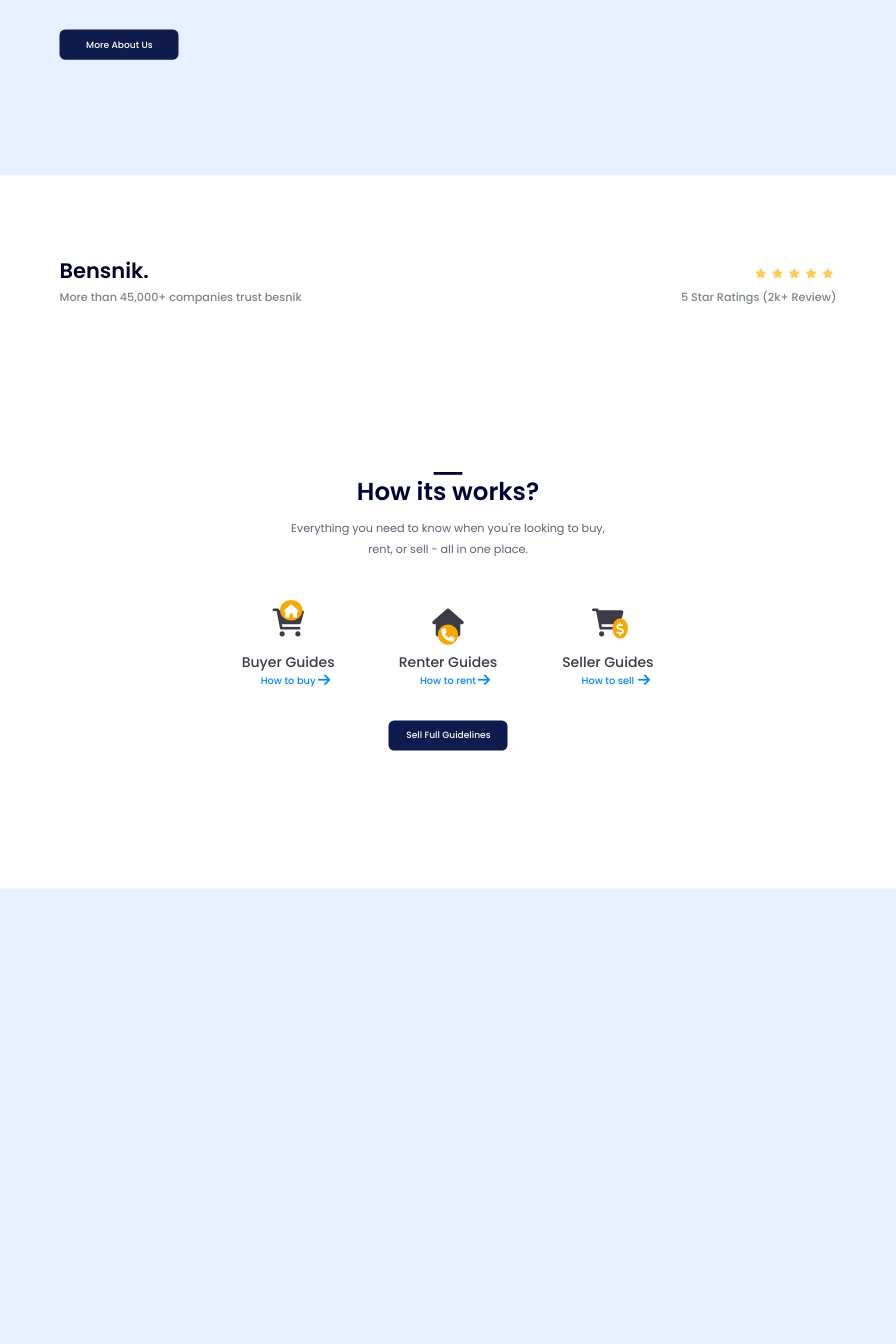
Repository: kauittt/f8-htmlcss-01
Page: index.html
The author's editor kept a copy of each file at every save. The page is drawn from the files as they stood at one save, then again after the next save.
The browser window is 1280 px wide. The pictures show the part of the page from y = 485 to 2405 px (the page is 3771 px tall), at 70% of full size.

Above is the page before, as saved 2022-12-31 21:25:06.

### index.html
<!DOCTYPE html>
<html lang="en">
    <head>
        <meta charset="UTF-8" />
        <meta http-equiv="X-UA-Compatible" content="IE=edge" />
        <meta name="viewport" content="width=device-width, initial-scale=1.0" />
        <title>F8-PROJECT-01</title>
        <link rel="preconnect" href="https://cdnjs.cloudflare.com" />
        <link
            rel="stylesheet"
            href="https://cdnjs.cloudflare.com/ajax/libs/font-awesome/6.2.1/css/all.min.css"
        />
        <link rel="stylesheet" href="./assets/css/reset.css" />
        <link rel="stylesheet" href="./assets/fonts/stylesheet.css" />
        <link rel="stylesheet" href="./assets/css/styles.css" />
    </head>
    <body>
        <header id="header" class="colored">
            <div class="content">
                <div class="header-nav">
                    <p class="logo">Bensnik.</p>
                    <ul class="header-nav-list">
                        <li class="header-nav-list__item">Home</li>
                        <li class="header-nav-list__item">Features</li>
                        <li class="header-nav-list__item">Services</li>
                        <li class="header-nav-list__item">Resources</li>
                        <li class="header-nav-list__item">Contact</li>
                    </ul>

                    <div class="header-nav-account">
                        <p class="header-nav-account__general">Sign in</p>
                        <p class="header-nav-account__general btn">Sign up</p>
                    </div>
                </div>

                <div class="header-about">
                    <p class="header-about__welcome">
                        Welcome to Bensnik Agency
                    </p>
                    <h1 class="header-about__heading">
                        Discover a place you'll love to live
                    </h1>
                    <p class="header-about__desc">
                        Get the best real estate deals first, before they hit
                        the mass market! hot foreclosure deals with one simple
                        search
                    </p>
                    <p class="header-about__link btn">More About Us</p>
                </div>
            </div>
        </header>

        <div id="client">
            <div class="content">
                <div class="client-infor">
                    <p class="logo">Bensnik.</p>
                    <div class="client-infor-wrap">
                        <i class="fa-solid fa-star client-infor-wrap__item"></i>
                        <i class="fa-solid fa-star client-infor-wrap__item"></i>
                        <i class="fa-solid fa-star client-infor-wrap__item"></i>
                        <i class="fa-solid fa-star client-infor-wrap__item"></i>
                        <i class="fa-solid fa-star client-infor-wrap__item"></i>
                    </div>
                </div>
                <div class="client-infor">
                    <p class="client-infor__text">
                        More than 45,000+ companies trust besnik
                    </p>
                    <p class="client-infor__text">
                        5 Star Ratings (2k+ Review)
                    </p>
                </div>

                <div class="client-logo">
                    <img src="" alt="" />
                </div>
            </div>
        </div>

        <div id="desc">
            <div class="small-content desc-wrap">
                <div class="desc-heading">
                    <h2 class="desc-heading__title">How its works?</h2>
                    <p class="desc-heading__text">
                        Everything you need to know when you're looking to buy,
                        rent, or sell - all in one place.
                    </p>
                </div>

                <div class="desc-guide">
                    <div class="desc-guide-item">
                        <i
                            class="desc-guide-item__icon fa-solid fa-cart-shopping"
                        >
                        </i>
                        <i
                            class="desc-guide-item__childIcon desc-guide-item__childIcon--topCenter fa-solid fa-house"
                        ></i>
                        <p class="desc-guide-item__name">Buyer Guides</p>
                        <p class="desc-guide-item__instruc">
                            How to buy
                            <i
                                class="desc-guide-item__instruc__icon fa-solid fa-arrow-right"
                            ></i>
                        </p>
                    </div>
                    <div class="desc-guide-item">
                        <i
                            class="desc-guide-item__icon fa-solid fa-house"
                        ></i>
                        <i class="desc-guide-item__childIcon desc-guide-item__childIcon--bottomCenter fa-solid fa-phone"></i>
                        </i>
                        <p class="desc-guide-item__name">Renter Guides</p>
                        <p class="desc-guide-item__instruc">
                            How to rent
                            <i
                                class="desc-guide-item__instruc__icon fa-solid fa-arrow-right"
                            ></i>
                        </p>
                    </div>
                    <div class="desc-guide-item">
                        <i
                            class="desc-guide-item__icon fa-solid fa-cart-shopping"
                        >
                        </i>
                        <i class="desc-guide-item__childIcon item__childIcon--bottomRight fa-solid fa-dollar-sign"></i>

                        <p class="desc-guide-item__name">Seller Guides</p>
                        <p class="desc-guide-item__instruc">
                            How to sell
                            <i
                                class="desc-guide-item__instruc__icon fa-solid fa-arrow-right"
                            ></i>
                        </p>
                    </div>
                </div>

                <p class="desc__link btn">Sell Full Guidelines</p>
            </div>
        </div>

        <div id="feature" class="colored">
            <div class="content"></div>
        </div>

        <div id="news">
            <div class="content"></div>
        </div>

        <footer id="footer">
            <div class="content">
                <div class="nav"></div>
            </div>
        </footer>

        <script src="./assets/js/basic.js"></script>
    </body>
</html>

### assets/css/reset.css
html,
body,
div,
span,
applet,
object,
iframe,
h1,
h2,
h3,
h4,
h5,
h6,
p,
blockquote,
pre,
a,
abbr,
acronym,
address,
big,
cite,
code,
del,
dfn,
em,
img,
ins,
kbd,
q,
s,
samp,
small,
strike,
strong,
sub,
sup,
tt,
var,
b,
u,
i,
center,
dl,
dt,
dd,
ol,
ul,
li,
fieldset,
form,
label,
legend,
table,
caption,
tbody,
tfoot,
thead,
tr,
th,
td,
article,
aside,
canvas,
details,
embed,
figure,
figcaption,
footer,
header,
hgroup,
menu,
nav,
output,
ruby,
section,
summary,
time,
mark,
audio,
video {
    margin: 0;
    padding: 0;
    border: 0;
    font-size: 100%;
    font: inherit;
    vertical-align: baseline;
}
article,
aside,
details,
figcaption,
figure,
footer,
header,
hgroup,
menu,
nav,
section {
    display: block;
}
body {
    line-height: 1;
}
ol,
ul {
    list-style: none;
}
blockquote,
q {
    quotes: none;
}
blockquote:before,
blockquote:after,
q:before,
q:after {
    content: "";
    content: none;
}
table {
    border-collapse: collapse;
    border-spacing: 0;
}

### assets/fonts/stylesheet.css
@font-face {
    font-family: "Poppins";
    src: url("Poppins/Poppins-Bold.woff2") format("woff2"),
        url("Poppins/Poppins-Bold.woff") format("woff");
    font-weight: bold;
    font-style: normal;
    font-display: swap;
}

@font-face {
    font-family: "Poppins";
    src: url("Poppins/Poppins-Black.woff2") format("woff2"),
        url("Poppins/Poppins-Black.woff") format("woff");
    font-weight: 900;
    font-style: normal;
    font-display: swap;
}

@font-face {
    font-family: "Poppins";
    src: url("Poppins/Poppins-BlackItalic.woff2") format("woff2"),
        url("Poppins/Poppins-BlackItalic.woff") format("woff");
    font-weight: 900;
    font-style: italic;
    font-display: swap;
}

@font-face {
    font-family: "Poppins";
    src: url("Poppins/Poppins-BoldItalic.woff2") format("woff2"),
        url("Poppins/Poppins-BoldItalic.woff") format("woff");
    font-weight: bold;
    font-style: italic;
    font-display: swap;
}

@font-face {
    font-family: "Poppins";
    src: url("Poppins/Poppins-ExtraBold.woff2") format("woff2"),
        url("Poppins/Poppins-ExtraBold.woff") format("woff");
    font-weight: bold;
    font-style: normal;
    font-display: swap;
}

@font-face {
    font-family: "Poppins";
    src: url("Poppins/Poppins-ExtraBoldItalic.woff2") format("woff2"),
        url("Poppins/Poppins-ExtraBoldItalic.woff") format("woff");
    font-weight: bold;
    font-style: italic;
    font-display: swap;
}

@font-face {
    font-family: "Poppins";
    src: url("Poppins/Poppins-ExtraLight.woff2") format("woff2"),
        url("Poppins/Poppins-ExtraLight.woff") format("woff");
    font-weight: 200;
    font-style: normal;
    font-display: swap;
}

@font-face {
    font-family: "Poppins";
    src: url("Poppins/Poppins-ExtraLightItalic.woff2") format("woff2"),
        url("Poppins/Poppins-ExtraLightItalic.woff") format("woff");
    font-weight: 200;
    font-style: italic;
    font-display: swap;
}

@font-face {
    font-family: "Poppins";
    src: url("Poppins/Poppins-Italic.woff2") format("woff2"),
        url("Poppins/Poppins-Italic.woff") format("woff");
    font-weight: normal;
    font-style: italic;
    font-display: swap;
}

@font-face {
    font-family: "Poppins";
    src: url("Poppins/Poppins-Light.woff2") format("woff2"),
        url("Poppins/Poppins-Light.woff") format("woff");
    font-weight: 300;
    font-style: normal;
    font-display: swap;
}

@font-face {
    font-family: "Poppins";
    src: url("Poppins/Poppins-LightItalic.woff2") format("woff2"),
        url("Poppins/Poppins-LightItalic.woff") format("woff");
    font-weight: 300;
    font-style: italic;
    font-display: swap;
}

@font-face {
    font-family: "Poppins";
    src: url("Poppins/Poppins-Medium.woff2") format("woff2"),
        url("Poppins/Poppins-Medium.woff") format("woff");
    font-weight: 500;
    font-style: normal;
    font-display: swap;
}

@font-face {
    font-family: "Poppins";
    src: url("Poppins/Poppins-MediumItalic.woff2") format("woff2"),
        url("Poppins/Poppins-MediumItalic.woff") format("woff");
    font-weight: 500;
    font-style: italic;
    font-display: swap;
}

@font-face {
    font-family: "Poppins";
    src: url("Poppins/Poppins-Regular.woff2") format("woff2"),
        url("Poppins/Poppins-Regular.woff") format("woff");
    font-weight: normal;
    font-style: normal;
    font-display: swap;
}

@font-face {
    font-family: "Poppins";
    src: url("Poppins/Poppins-SemiBold.woff2") format("woff2"),
        url("Poppins/Poppins-SemiBold.woff") format("woff");
    font-weight: 600;
    font-style: normal;
    font-display: swap;
}

@font-face {
    font-family: "Poppins";
    src: url("Poppins/Poppins-SemiBoldItalic.woff2") format("woff2"),
        url("Poppins/Poppins-SemiBoldItalic.woff") format("woff");
    font-weight: 600;
    font-style: italic;
    font-display: swap;
}

@font-face {
    font-family: "Poppins";
    src: url("Poppins/Poppins-Thin.woff2") format("woff2"),
        url("Poppins/Poppins-Thin.woff") format("woff");
    font-weight: 100;
    font-style: normal;
    font-display: swap;
}

@font-face {
    font-family: "Poppins";
    src: url("Poppins/Poppins-ThinItalic.woff2") format("woff2"),
        url("Poppins/Poppins-ThinItalic.woff") format("woff");
    font-weight: 100;
    font-style: italic;
    font-display: swap;
}

### assets/css/styles.css
/*! COMMON */
* {
    box-sizing: border-box;
}

html {
    font-size: 62.5%;
}

body {
    font-family: "Poppins", sans-serif;
    font-size: 1.4rem;
    font-weight: 500;
    display: flex;
    flex-direction: column;
}

:root {
    --main-color: #e6f0ff;
}

.colored {
    background-color: var(--main-color);
}

.content {
    max-width: 111rem;
    margin: 0 auto;
}

.small-content {
    max-width: 68.5rem;
    margin: 0 auto;
}

.logo {
    color: #000228;
    font-weight: 600;
    font-size: 3rem;
}

/*! HEADER */
#header {
    height: 73.6rem;
}

.header-nav {
    display: flex;
    margin-top: 38px;
    height: 4rem;
    justify-content: space-between;
    align-items: center;
}

.header-nav-list {
    display: flex;
    margin-left: -206px;
}

.header-nav-list__item {
    color: #4f5361;
}

.header-nav-list__item + .header-nav-list__item {
    margin-left: 28px;
}

.header-nav-account {
    display: flex;
}

.header-nav-account__general {
    padding: 9px 22px 10px 23px;
    color: #0f1b4c;
}

/*! BUTTONN */
.btn {
    display: inline-block;
    border-radius: 8px;
    color: #fff;
    background-color: #0f1b4c;
    align-items: center;
}
/*!  */

.header-about {
    margin-top: 138px;
    max-width: 55.9rem;
}

.header-about__welcome {
    font-size: 1.8rem;
    color: #687690;
}

.header-about__heading {
    font-size: 6.4rem;
    font-weight: 700;
    line-height: 7.6rem;
    margin: 8px 0 30px 0;
    color: #000336;
}

.header-about__desc {
    font-size: 1.8rem;
    line-height: 3.2rem;
    font-weight: 400;
    color: #5a6473;
}

.header-about__link {
    font-size: 1.3rem;
    padding: 15px 37px 15px 38px;
    margin-top: 40px;
}

/*! LOGO */
#client {
    height: 31.2rem;
    margin-top: 122px;
}

.client-infor {
    display: flex;
    justify-content: space-between;
    align-items: center;
}

.client-infor + .client-infor {
    margin-top: 15px;
}

.client-infor-wrap__item {
    display: inline-block;
    width: 2.03rem;
    height: 1.885rem;
    color: #ffca56;
    line-height: 3rem;
}

.client-infor__text {
    font-size: 1.6rem;
    color: #7d8589;
}

.client-logo {
}

/*! DESCRIPTION */
#desc {
    height: 58.5rem;
}

.desc-wrap {
    text-align: center;
}

.desc-heading {
    max-width: 45rem;
    margin: 0 auto;
    display: flex;
    flex-direction: column;
}

.desc-heading__title {
    font-size: 3.5rem;
    font-weight: 600;
    color: #000339;
    position: relative;
}

.desc-heading__title::before {
    content: "";
    display: block;
    position: absolute;

    width: 4.1rem;
    height: 0.4rem;
    background-color: #000339;

    left: 50%;
    top: -1rem;
    transform: translateX(-50%);
}

.desc-heading__text {
    font-size: 1.6rem;
    font-weight: 400;
    line-height: 3rem;
    margin-top: 2rem;
    color: #5a6473;
}

.desc-guide {
    display: flex;
    margin-top: 70px;
    margin-bottom: 50px;
}

.desc-guide-item {
    width: calc(100% / 3);
    position: relative;
}

.desc-guide-item__icon {
    color: #3b3c45;
    font-size: 4rem;
}

.desc-guide-item__childIcon {
    position: absolute;
    font-size: 1.9rem;
}

.desc-guide-item__childIcon--topCenter {
    left: 45%;
    top: -1.2rem;
    padding: 0.5rem;
    color: white;
    background: #f7a804;
    border-radius: 50%;
}

.desc-guide-item__childIcon--bottomCenter {
    left: 50%;
    transform: translateX(-50%);
    bottom: 5.8rem;
    padding: 0.5rem;
    color: white;
    background: #f7a804;
    border-radius: 50%;
}

.item__childIcon--bottomRight {
    left: 53%;
    bottom: 67px;
    background: #f7a804;
    color: white;
    padding: 0.5rem;
    border-radius: 50%;
}

.desc-guide-item__name {
    font-size: 2rem;
    color: #3b3c45;
    margin-top: 26px;
    margin-bottom: 10px;
}

.desc-guide-item__instruc {
    font-size: 1.4rem;
    color: #0689ff;
    position: relative;
}

.desc-guide-item__instruc__icon {
    position: absolute;
    font-size: 2rem;
    top: 50%;
    transform: translateY(-50%);
    right: 5.4rem;
}

.desc__link {
    padding: 14px 24px 16px 25px;
    font-size: 1.3rem;
}

/*! FEATURE */
#feature {
    height: 158.7rem;
}

/*! NEWS */
#new {
    height: 40.9rem;
}

/*! FOOTER */
#footer {
    height: 42.9rem;
}

Loaded but not shown: assets/js/basic.js (no copy from this time; the picture is the same without it)

After the next save:
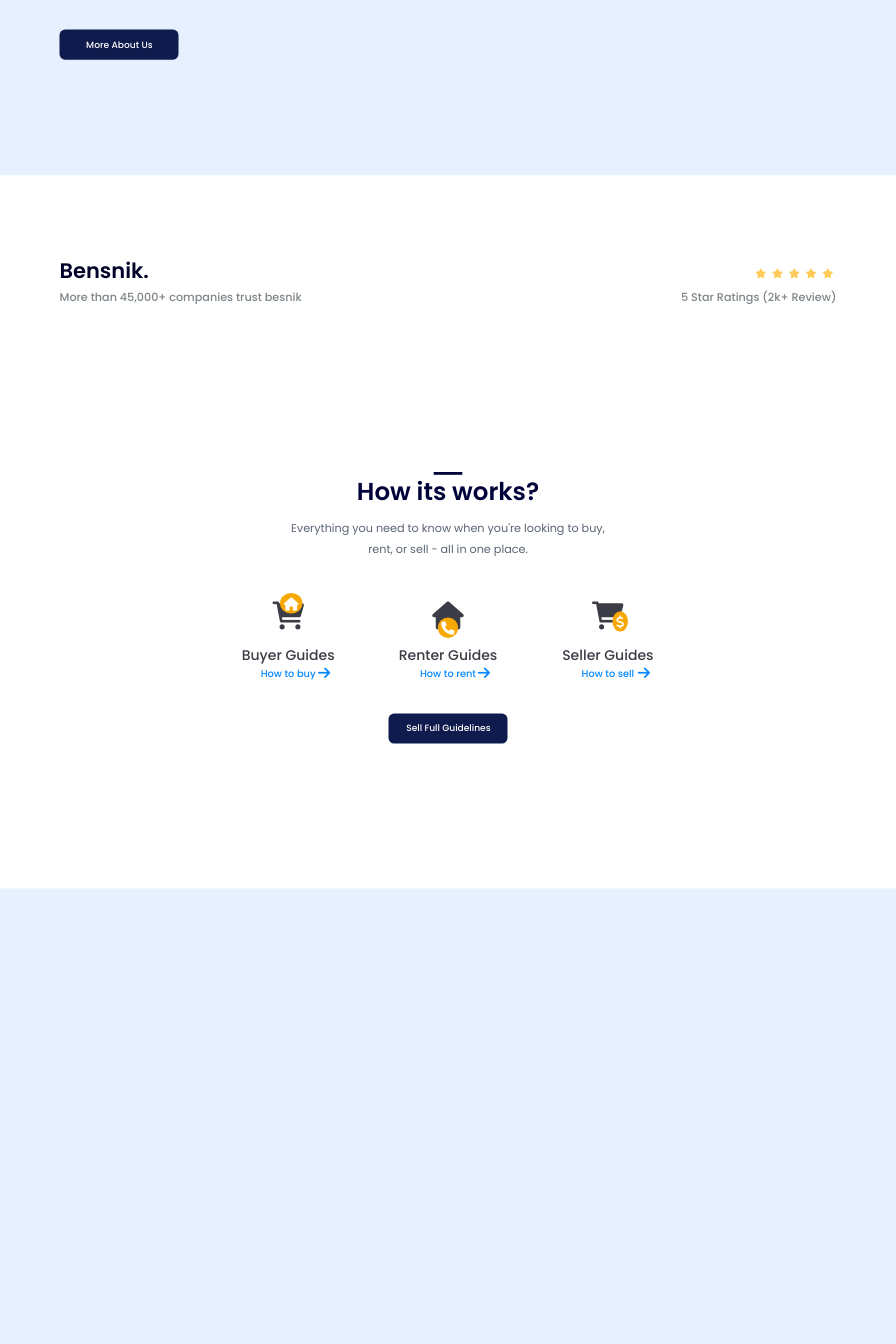
Saved 23 s later.
--- a/assets/css/styles.css
+++ b/assets/css/styles.css
@@ -194,7 +194,7 @@ body {
 
 .desc-guide {
     display: flex;
-    margin-top: 70px;
+    margin-top: 60px;
     margin-bottom: 50px;
 }
 
